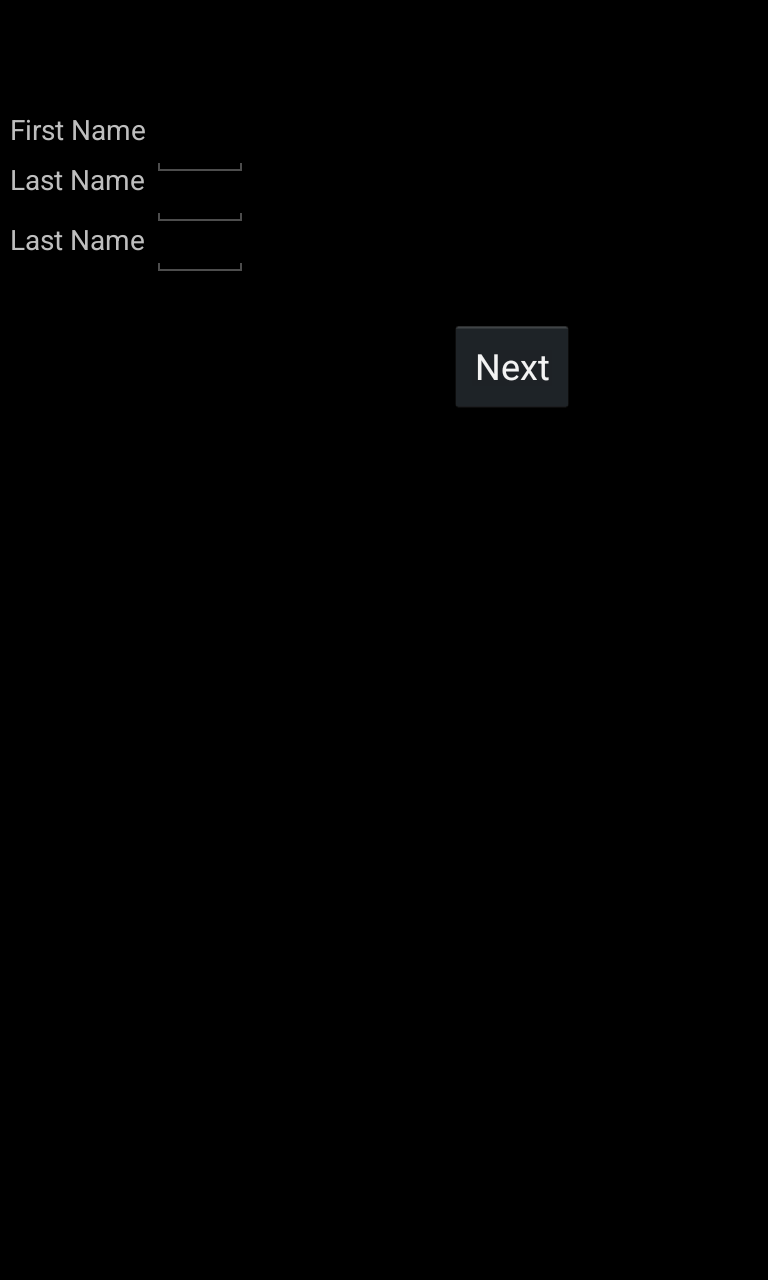
Repository: MobileAffairsLTD/AndroidDemos
Layout: 2.UI_Toast_Alert/res/layout/main.xml
These files come from the project's save history. The layout is drawn as it stood at one moment and after the next save; the edit follows.
It is drawn on a 768 x 1280 px phone screen (xhdpi) without system bars, with theme android:Theme.Holo; the app's code is not run.

Above is the layout before, as saved 2012-04-17 21:47:23.

After the next save:
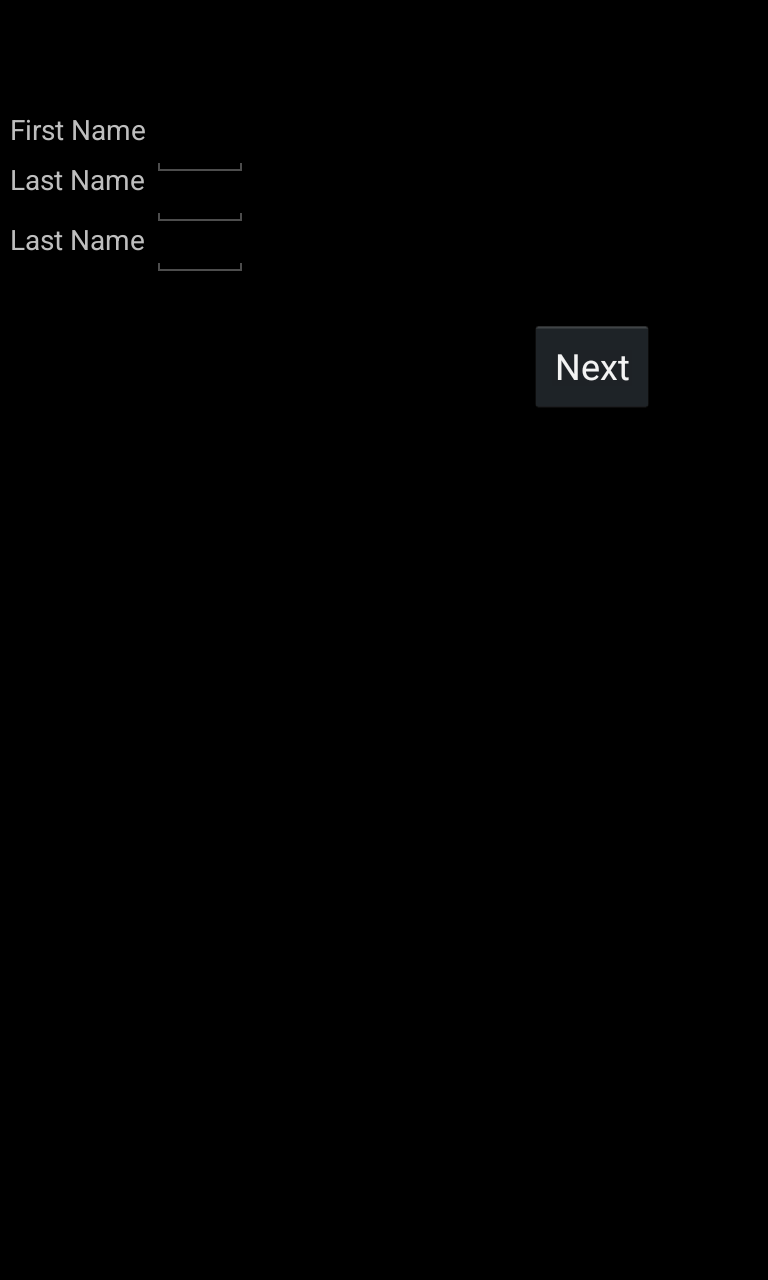
Saved 7 s later.
--- a/2.UI_Toast_Alert/res/layout/main.xml
+++ b/2.UI_Toast_Alert/res/layout/main.xml
@@ -41,7 +41,7 @@
 	    	    android:id="@+id/nextbutton"
 	    	    android:layout_width="wrap_content"
 	    	    android:layout_height="wrap_content"
-	    	    android:layout_x="224dp"
+	    	    android:layout_x="264dp"
 	    	    android:layout_y="159dp"
 	    	    android:text="Next" />
 	</AbsoluteLayout>
